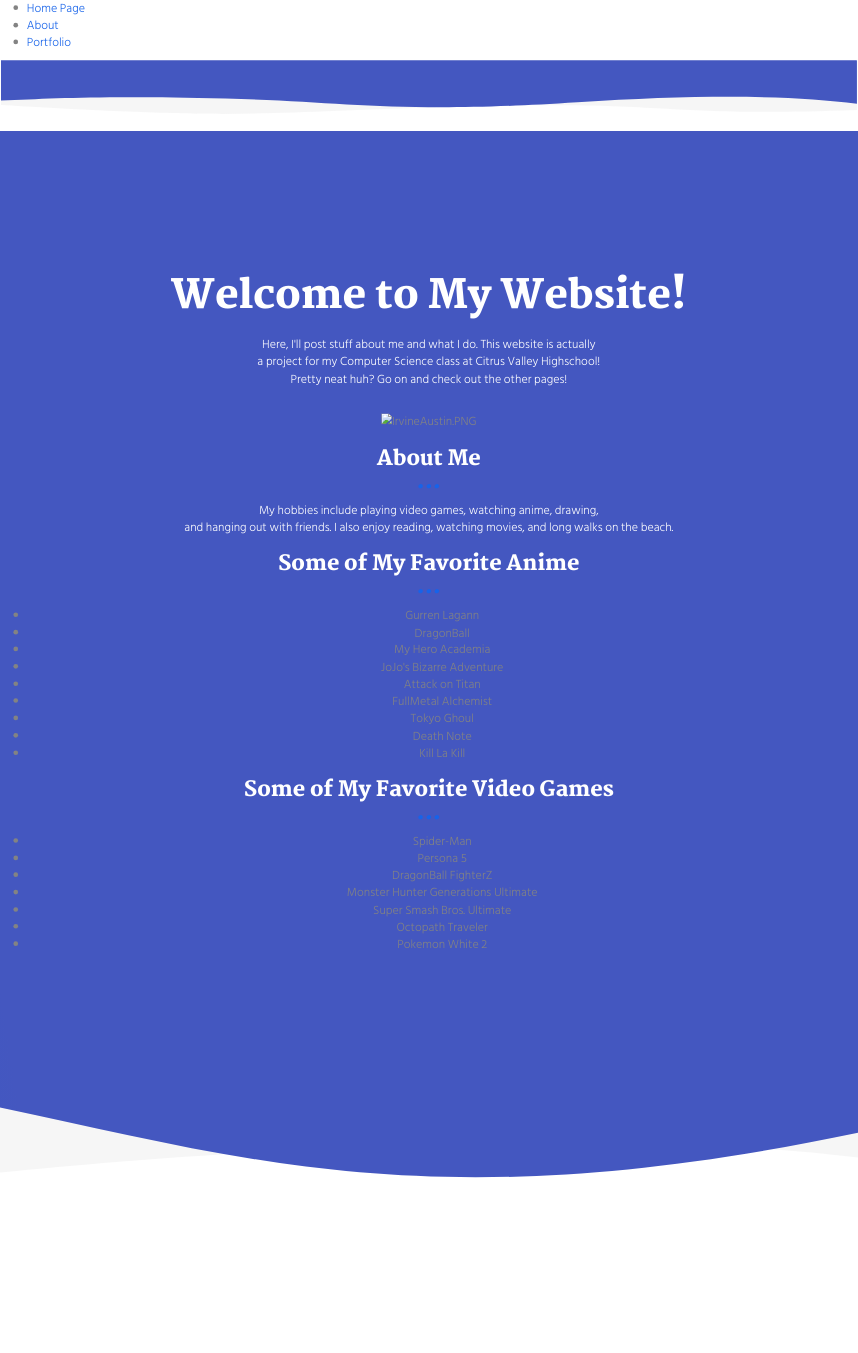
Repository: AustinIrvine02/CharlesX.github.io
Page: index.html
The author's editor kept a record of every edit. The page is drawn from the files as they stood at one moment, then again after the next edit.
The browser window is 1280 px wide. The pictures show the whole page, at 67% of full size.

Above is the page before.

After the next edit:
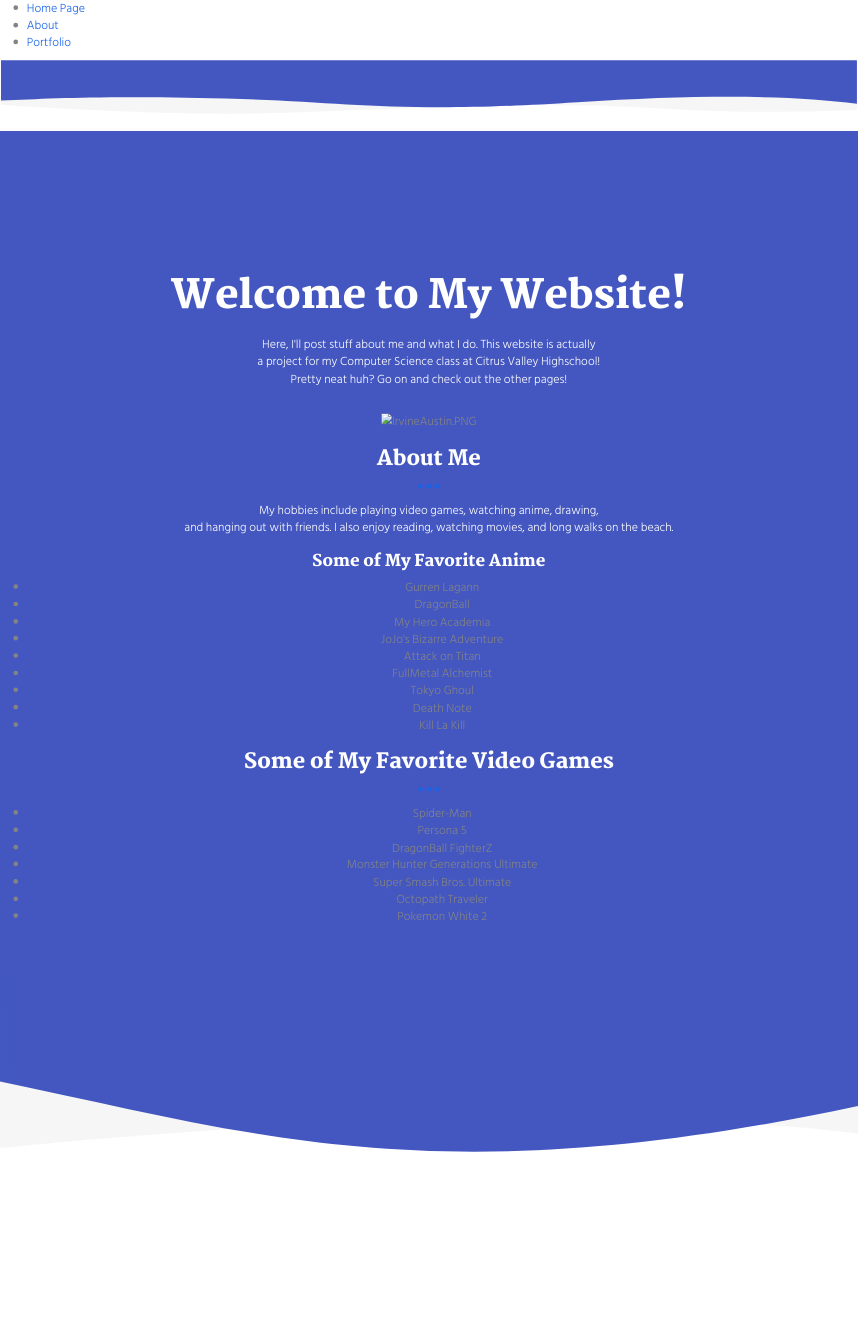
The edit:
--- a/index.html
+++ b/index.html
@@ -71,7 +71,7 @@
   <p> <p> My hobbies include playing video games, watching anime, drawing, <br>
     and hanging out with friends. I also enjoy reading, watching movies, and long walks on the beach. </p> </p>
 
-  <h2>  Some of My Favorite Anime </h2>
+  <h3>  Some of My Favorite Anime </h3>
       <ul>
           <li> Gurren Lagann </li>
           <li> DragonBall </li>
